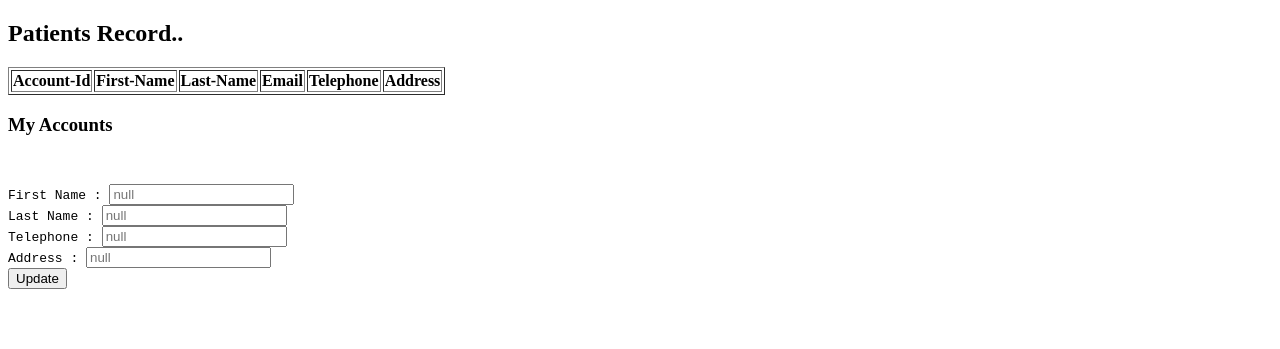
Repository: anujsoni10001/JSP-Servlet
Page: http://localhost/Minor/staff-patient.jsp
The author's editor kept a copy of each file at every save. The page is drawn from the files as they stood at one save, then again after the next save.
The browser window is 1280 px wide. The pictures show the whole page.
The page is served by Tomcat 9. Other server files are loaded and not shown. Queries for data that is not in the repository find no rows.

Above is the page before, as saved 2019-03-23 05:32:14.

### FinalProject/minor - Copy/Minor/WebContent/staff-patient.jsp
<%
RequestDispatcher rd=request.getRequestDispatcher("patientrecord.jsp");
rd.include(request,response);
RequestDispatcher rd1=request.getRequestDispatcher("staff-patient2.jsp");
rd1.include(request,response);
%>

### FinalProject/minor - Copy/Minor/WebContent/patientrecord.jsp
<%@page import="pp.RegisteredDao"%>
<%@ page language="java" contentType="text/html; charset=ISO-8859-1"
    pageEncoding="ISO-8859-1"%>
<!DOCTYPE html PUBLIC "-//W3C//DTD HTML 4.01 Transitional//EN" "http://www.w3.org/TR/html4/loose.dtd">
<html>
<head>
<meta http-equiv="Content-Type" content="text/html; charset=ISO-8859-1">
<title>Insert title here</title>
</head>
<h2>Patients Record..</h2>
<body>
<%
pp.RegisteredDao rd=new RegisteredDao();
java.util.ArrayList<pp.PatientAccountBean> a1=rd.ShowallPatient();
%>
<table border=1>
<tr>
<th>Account-Id</th>
<th>First-Name</th>
<th>Last-Name</th>
<th>Email</th>
<th>Telephone</th>
<th>Address</th>
</tr>
<%
for(pp.PatientAccountBean p:a1)
{
%>
<tr>
<td><%=p.getAccountId()%></td>
<td><%=p.getFirstName()%></td>
<td><%=p.getLastName()%></td>
<td><%=p.getEmail()%></td>
<td><%=p.getTelephone()%></td>
<td><%=p.getAddress()%></td>
<td><a href="staff-patient.jsp?a_id=<%=p.getAccountId()%>&fname=<%=p.getFirstName()%>&lname=<%=p.getLastName()%>&email=<%=p.getEmail()%>&telephone=<%=p.getTelephone()%>&address=<%=p.getAddress()%>">Update</a></td>
<td><a href="delete_patient.jsp?a_id=<%=p.getAccountId()%>">Delete</a></td>
</tr>
<%
}
%>
</table>
</body>
</html>

### FinalProject/minor - Copy/Minor/WebContent/staff-patient2.jsp
<%@page import="pp.PatientAccountBean"%>
<%@page import="pp.RegisteredDao"%>
<%
String a_id=request.getParameter("a_id");
String fname=request.getParameter("fname");
String lname=request.getParameter("lname");
String email=request.getParameter("email");
String telephone=request.getParameter("telephone");
String address=request.getParameter("address");
%>
<%@ page language="java" contentType="text/html; charset=ISO-8859-1"
    pageEncoding="ISO-8859-1"%>
<!DOCTYPE html PUBLIC "-//W3C//DTD HTML 4.01 Transitional//EN" "http://www.w3.org/TR/html4/loose.dtd">
<html>
<head>
<meta http-equiv="Content-Type" content="text/html; charset=ISO-8859-1">
<title>My-Accounts</title>
</head>
<body>
<h3>My Accounts</h3>
<pre>
<form action="UpdateStafPatient">
<input type="hidden" value=<%=a_id%>>
First Name : <input type="text" placeholder=<%=fname%> name="fname">
Last Name : <input type="text" placeholder=<%=lname%> name="lname">
Telephone : <input type="text" placeholder=<%=telephone%> name="telephone">
Address : <input type="text" placeholder=<%=address%> name="address">
<input type="submit" value="Update"/>
</form>
</pre>
</body>
</html>

### FinalProject/minor - Copy/Minor/src/pp/RegisteredDao.java
package pp;
import java.sql.*;
import pp.PatientAccountBean;

public class RegisteredDao {
Connection con;
public Connection getConnect() throws ClassNotFoundException, SQLException
{
Class.forName("com.mysql.cj.jdbc.Driver");
con=DriverManager.getConnection("jdbc:mysql://localhost:3306/minor","root","root");
return con;
}
public java.util.ArrayList<PatientAccountBean> ShowPro(String email) throws ClassNotFoundException, SQLException
{
java.util.ArrayList<PatientAccountBean> a1=new java.util.ArrayList<pp.PatientAccountBean>();
con=getConnect();
String qr="select * from accounts where Email=?";
PreparedStatement ps=con.prepareStatement(qr);
ps.setString(1,email);
ResultSet rs=ps.executeQuery();
while(rs.next())
{
pp.PatientAccountBean p=new pp.PatientAccountBean();
p.setFirstName(rs.getString("FirstName"));
p.setLastName(rs.getString("LastName"));
p.setTelephone(rs.getString("Telephone"));
p.setAddress(rs.getString("Address"));
p.setAccountId(rs.getInt("AccountId"));
a1.add(p);
}
con.close();
return a1;
}
public int update(PatientAccountBean p) throws ClassNotFoundException, SQLException
{
int i=0;
con=getConnect();
///Remember Query///
//update table tablename -XXXX...//
//Wrong Syntax Putted...in the Mid-Sam-Exam//
String qr="update accounts set LastName=?,FirstName=?,Telephone=?,Address=? where Email=?";
PreparedStatement ps=con.prepareStatement(qr);
ps.setString(1,p.getLastName());
ps.setString(2,p.getFirstName());
ps.setString(3,p.getTelephone());
ps.setString(4,p.getAddress());
ps.setString(5,p.getEmail());
i=ps.executeUpdate();
con.close();
return i;
}
public java.util.ArrayList<Doctor> ShowPro() throws ClassNotFoundException, SQLException
{
java.util.ArrayList<Doctor> a1=new java.util.ArrayList<pp.Doctor>();
con=getConnect();
String qr="select * from doctor";
Statement st=con.createStatement();
ResultSet rs=st.executeQuery(qr);
while(rs.next())
{
pp.Doctor p=new pp.Doctor();
p.setDoctorId(rs.getInt("DoctorId"));
a1.add(p);
}
con.close();
return a1;
}
public java.util.ArrayList<Doctor> ShowPro(int id) throws ClassNotFoundException, SQLException
{
java.util.ArrayList<Doctor> a1=new java.util.ArrayList<pp.Doctor>();
con=getConnect();
String qr="select * from doctor,specialty,hospital where doctor.SpecialtyId=specialty.SpecialtyId and DoctorId=? and doctor.HospitalId=hospital.HospitalId";
PreparedStatement ps=con.prepareStatement(qr);
ps.setInt(1,id);
ResultSet rs=ps.executeQuery();
while(rs.next())
{
pp.Doctor p=new pp.Doctor();
p.setDcotorName(rs.getString("DcotorName"));
p.setDescription(rs.getString("Description"));
p.setHospitalName(rs.getString("HospitalName"));
p.setHospitalId(rs.getString("HospitalId"));
p.setYearOfExperience(rs.getInt("YearOfExperience"));
a1.add(p);
}
con.close();
return a1;
}
public int addPro(pp.Appointment a) throws ClassNotFoundException, SQLException
{
int i=0;
con=getConnect();
 ///Remember Query///
//insert table tablename -XXXX...Wrong//
//Wrong Syntax Putted...in the Mid-Sam-Exam//
String qr="insert into Appointment(DoctorId,HospitalId,Date,BookedbyAccountId,Status) values(?,?,?,?,?)";
PreparedStatement ps=con.prepareStatement(qr);
ps.setString(1,a.getDoctorId());
ps.setString(2,a.getHospitalId());
ps.setString(3,a.getDate());
ps.setInt(4,a.getAppointmentId());
ps.setString(5,a.getStatus());
i=ps.executeUpdate();
con.close();
return i;
}
public java.util.ArrayList<pp.Appointment> ShowAppoint(int bbyid) throws ClassNotFoundException, SQLException
{
java.util.ArrayList<pp.Appointment> a1=new java.util.ArrayList<pp.Appointment>();
con=getConnect();
String qr="select * from Appointment,doctor,Accounts,Hospital where Appointment.DoctorId=doctor.DoctorId and AccountId=BookedByAccountId and doctor.HospitalId=Hospital.HospitalId and BookedbyAccountId=?";
PreparedStatement ps=con.prepareStatement(qr);
ps.setInt(1,bbyid);
ResultSet rs=ps.executeQuery();
while(rs.next())
{
pp.Appointment a=new Appointment();
a.setAppointmentId(rs.getInt("AppointmentId"));
a.setHospitalName(rs.getString("HospitalName"));
a.setDoctorName(rs.getString("DcotorName"));
a.setDate(rs.getString("Date"));
a.setStatus(rs.getString("Status"));
a.setChargesRM(rs.getDouble("ChargesRM"));
a1.add(a);
}
con.close();
return a1;
}
public int updateAppoint(pp.Appointment a) throws ClassNotFoundException, SQLException
{
int i=0;
con=getConnect();
///Remember Query///
//update table tablename -XXXX...//
//Wrong Syntax Putted...in the Mid-Sam-Exam//
String qr="update appointment set DoctorId=?,HospitalId=?,Date=?,BookedbyAccountId=? where AppointmentId=?";
PreparedStatement ps=con.prepareStatement(qr);
ps.setString(1,a.getDoctorId());
ps.setString(2,a.getHospitalId());
ps.setString(3,a.getDate());
ps.setInt(4,a.getBookedbyAccountId());
ps.setInt(5,a.getAppointmentId());
i=ps.executeUpdate();
con.close();
return i;
}
public int delete(Appointment a) throws ClassNotFoundException, SQLException
{
int i=0;
con=getConnect();
///Remember Query///
//delete table tablename -XXXX...Wrong//
//Wrong Syntax Putted...in the Mid-Sam-Exam//
String qr="delete from Appointment where AppointmentId=?";
PreparedStatement ps=con.prepareStatement(qr);
ps.setInt(1,a.getAppointmentId());
i=ps.executeUpdate();
con.close();
return i;
}
public boolean VerifyCard(Creditcard c) throws ClassNotFoundException, SQLException
{
con=getConnect();
String qr="select * from creditcard where CardNo=? and ExpiryDate=? and SecurityCode=? and CardType=?";

PreparedStatement ps=con.prepareStatement(qr);
ps.setString(1,c.getCardNo());
ps.setString(2,c.getExpiryDate());
ps.setString(3,c.getSecurityCode());
ps.setString(4,c.getCardType());
ResultSet rs=ps.executeQuery();
if(rs.next())
{
con.close();
return true;
}
else
{
con.close();
return false;
}
}
public int updateAppointStatus(pp.Appointment a) throws ClassNotFoundException, SQLException
{
int i=0;
con=getConnect();
///Remember Query///
//update table tablename -XXXX...//
//Wrong Syntax Putted...in the Mid-Sam-Exam//
String qr="update appointment set Status=? where AppointmentId=?";
PreparedStatement ps=con.prepareStatement(qr);
ps.setString(1,a.getStatus());
ps.setInt(2,a.getAppointmentId());
i=ps.executeUpdate();
con.close();
return i;
}
public java.util.ArrayList<pp.Appointment> ShowCompletedAppoint(int bbyid) throws ClassNotFoundException, SQLException
{
java.util.ArrayList<pp.Appointment> a1=new java.util.ArrayList<pp.Appointment>();
con=getConnect();
String qr="select * from Appointment,doctor,Accounts,Hospital where Appointment.DoctorId=doctor.DoctorId and AccountId=BookedByAccountId and doctor.HospitalId=Hospital.HospitalId and BookedbyAccountId=? and Status='Completed'";
PreparedStatement ps=con.prepareStatement(qr);
ps.setInt(1,bbyid);
ResultSet rs=ps.executeQuery();
while(rs.next())
{
pp.Appointment a=new Appointment();
a.setAppointmentId(rs.getInt("AppointmentId"));
a.setHospitalName(rs.getString("HospitalName"));
a.setDoctorName(rs.getString("DcotorName"));
a.setDate(rs.getString("Date"));
a.setStatus(rs.getString("Status"));
a.setChargesRM(rs.getDouble("ChargesRM"));
a1.add(a);
}
con.close();
return a1;
}
public int addPro(pp.Rating r) throws ClassNotFoundException, SQLException
{
int i=0;
con=getConnect();
 ///Remember Query///
//insert table tablename -XXXX...Wrong//
//Wrong Syntax Putted...in the Mid-Sam-Exam//
String qr="insert into rating values(?,?)";
PreparedStatement ps=con.prepareStatement(qr);
ps.setString(1,r.getAppointmentId());
ps.setInt(2,r.getConsultationRating());
i=ps.executeUpdate();
con.close();
return i;
}
public java.util.ArrayList<pp.Hospital> ShowHospital() throws ClassNotFoundException, SQLException
{
java.util.ArrayList<Hospital> a1=new java.util.ArrayList<pp.Hospital>();
con=getConnect();
String qr="select * from hospital";
Statement st=con.createStatement();
ResultSet rs=st.executeQuery(qr);
while(rs.next())
{
pp.Hospital h=new pp.Hospital();
h.setHospitalName(rs.getString("HospitalName"));
a1.add(h);
}
con.close();
return a1;
}
public java.util.ArrayList<pp.Hospital> ShowHospitalId(String HospitalName) throws ClassNotFoundException, SQLException
{
java.util.ArrayList<Hospital> a1=new java.util.ArrayList<pp.Hospital>();
con=getConnect();
String qr="select * from hospital where HospitalName=?";
PreparedStatement ps=con.prepareStatement(qr);
ps.setString(1,HospitalName);
ResultSet rs=ps.executeQuery();
while(rs.next())
{
pp.Hospital h=new pp.Hospital();
h.setHospitalId(rs.getString("HospitalId"));
a1.add(h);
}
con.close();
return a1;
}
public int addStaff(pp.Staff s) throws ClassNotFoundException, SQLException
{
int i=0;
con=getConnect();
 ///Remember Query///
//insert table tablename -XXXX...Wrong//
//Wrong Syntax Putted...in the Mid-Sam-Exam//
String qr="insert into staff values(?,?,?,?,?,?,?,?,?,?)";
PreparedStatement ps=con.prepareStatement(qr);
ps.setInt(1,s.getStaffId());
ps.setString(2,s.getEmail());
ps.setString(3,s.getPassword());
ps.setString(4,s.getFirstName());
ps.setString(5,s.getLastName());
ps.setString(6,s.getICNumber());
ps.setString(7,s.getTelephone());
ps.setString(8,s.getAddress());
ps.setString(9,s.getPosition());
ps.setString(10,s.getHospitalId());
i=ps.executeUpdate();
con.close();
return i;
}
public java.util.ArrayList<PatientAccountBean> ShowallPatient() throws ClassNotFoundException, SQLException
{
java.util.ArrayList<PatientAccountBean> a1=new java.util.ArrayList<pp.PatientAccountBean>();
con=getConnect();
String qr="select * from accounts";
Statement st=con.createStatement();
ResultSet rs=st.executeQuery(qr);
while(rs.next())
{
pp.PatientAccountBean p=new pp.PatientAccountBean();
p.setFirstName(rs.getString("FirstName"));
p.setLastName(rs.getString("LastName"));
p.setTelephone(rs.getString("Telephone"));
p.setAddress(rs.getString("Address"));
p.setAccountId(rs.getInt("AccountId"));
p.setEmail(rs.getString("Email"));
a1.add(p);
}
con.close();
return a1;
}
public int updateStaffPatient(PatientAccountBean p) throws ClassNotFoundException, SQLException
{
int i=0;
con=getConnect();
///Remember Query///
//update table tablename -XXXX...//
//Wrong Syntax Putted...in the Mid-Sam-Exam//
String qr="update accounts set LastName=?,FirstName=?,Telephone=?,Address=?,Email=? where AccountId=?";
PreparedStatement ps=con.prepareStatement(qr);
ps.setString(1,p.getLastName());
ps.setString(2,p.getFirstName());
ps.setString(3,p.getTelephone());
ps.setString(4,p.getAddress());
ps.setString(5,p.getEmail());
i=ps.executeUpdate();
con.close();
return i;
}
}

After the next save:
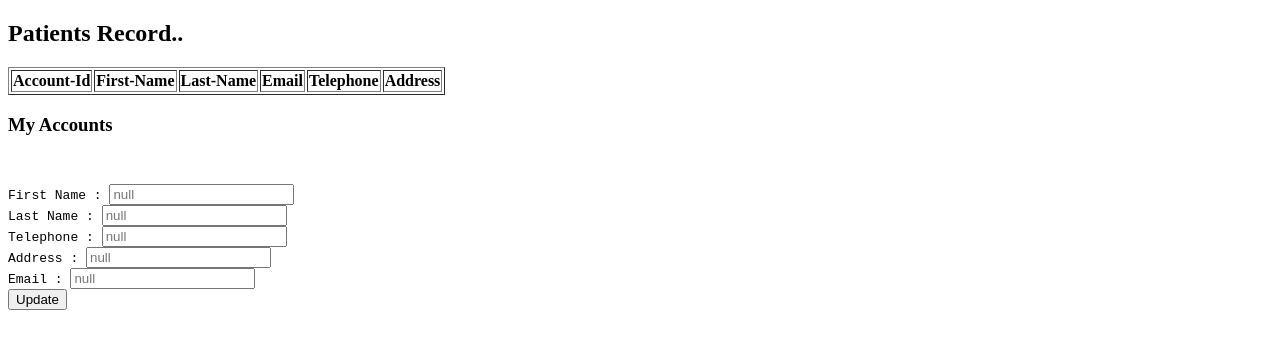
Saved 34 s later.
--- a/FinalProject/minor - Copy/Minor/WebContent/staff-patient2.jsp
+++ b/FinalProject/minor - Copy/Minor/WebContent/staff-patient2.jsp
@@ -25,6 +25,7 @@ First Name : <input type="text" placeholder=<%=fname%> name="fname">
 Last Name : <input type="text" placeholder=<%=lname%> name="lname">
 Telephone : <input type="text" placeholder=<%=telephone%> name="telephone">
 Address : <input type="text" placeholder=<%=address%> name="address">
+Email : <input type="text" placeholder=<%=address%> name="address">
 <input type="submit" value="Update"/>
 </form>
 </pre>
